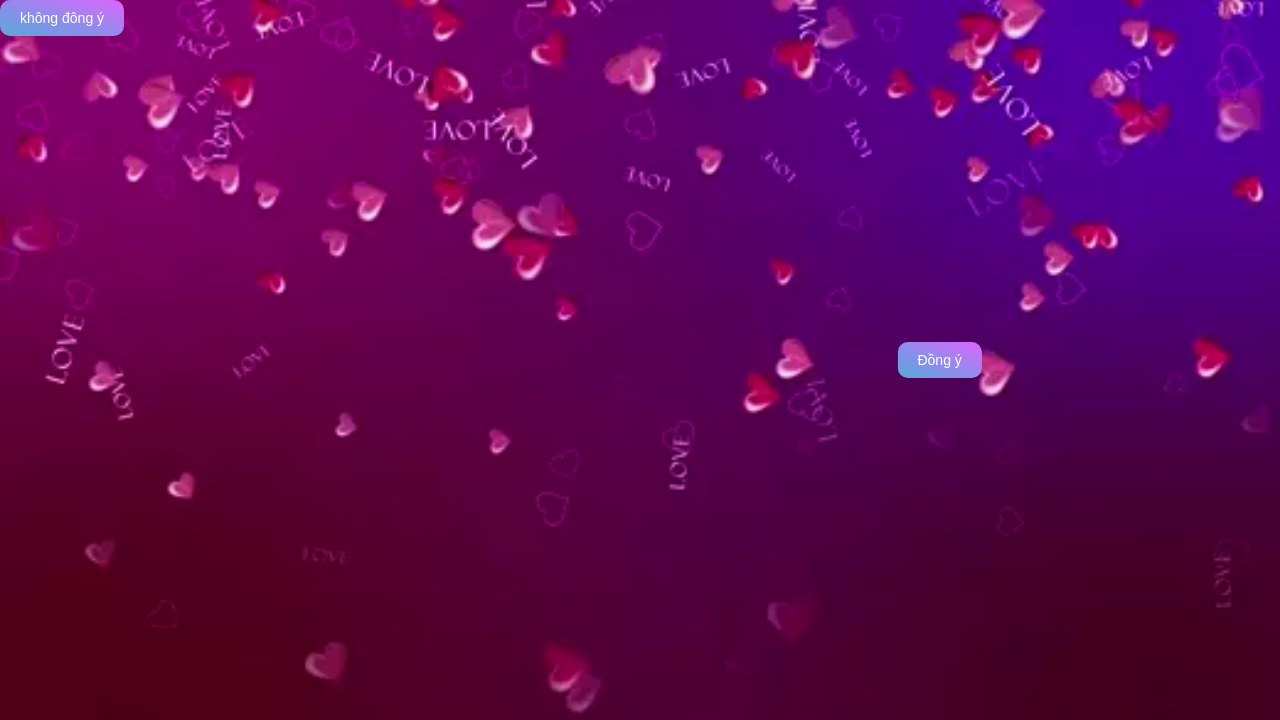
Repository: kuluong2000/love
Page: index.html
These files come from the project's save history. The page is drawn as it stood at one moment and after the next save; the edit follows.
The browser window is 1280 px wide. The pictures show the whole page.

Above is the page before, as saved 2022-06-04 21:51:38.

After the next save:
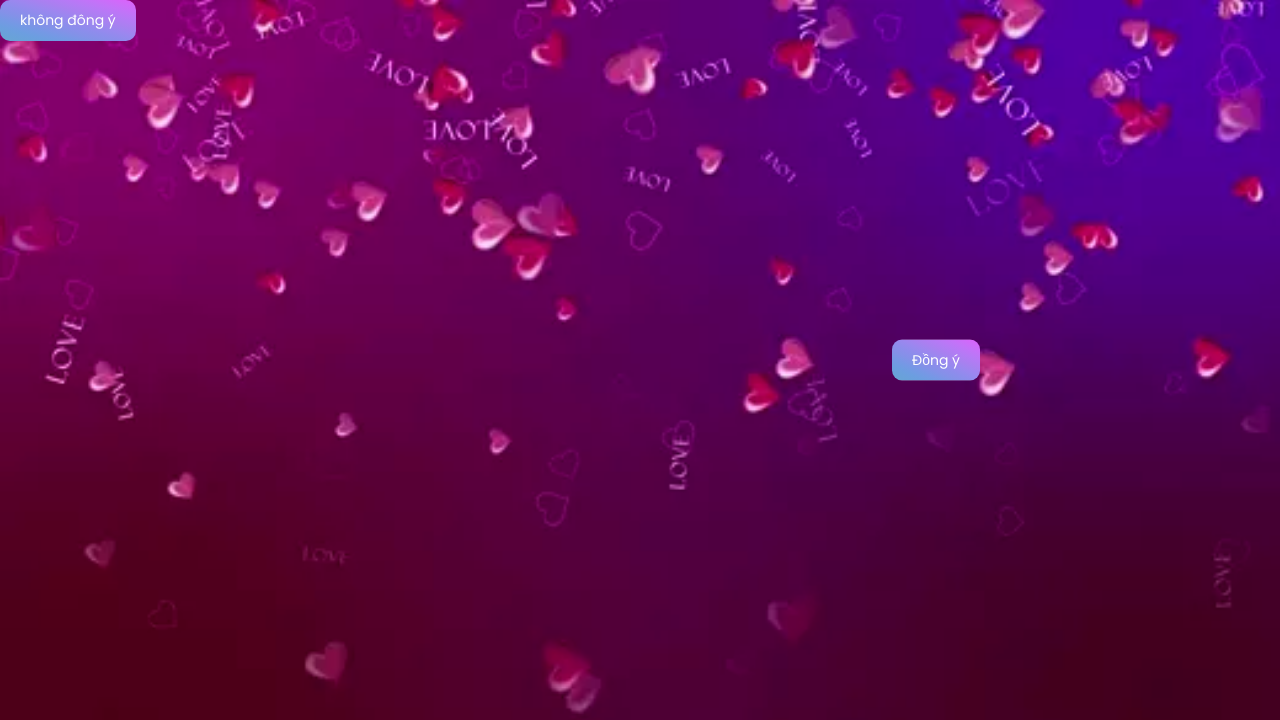
Saved 5 s later.
--- a/app.css
+++ b/app.css
@@ -23,6 +23,7 @@ body {
   background-image: linear-gradient(to right top, #6ba6d1, #69a2d9, #6c9ee0, #7698e5, #8491e8, #8e8cec, #9b87ef, #a980f0, #b57af5, #c273f8, #d06afa, #df5ffb);
   color: white;
   font-size: 14px;
+  font-family: "Poppins", sans-serif;
 }
 .love-success {
   right: 20%;
